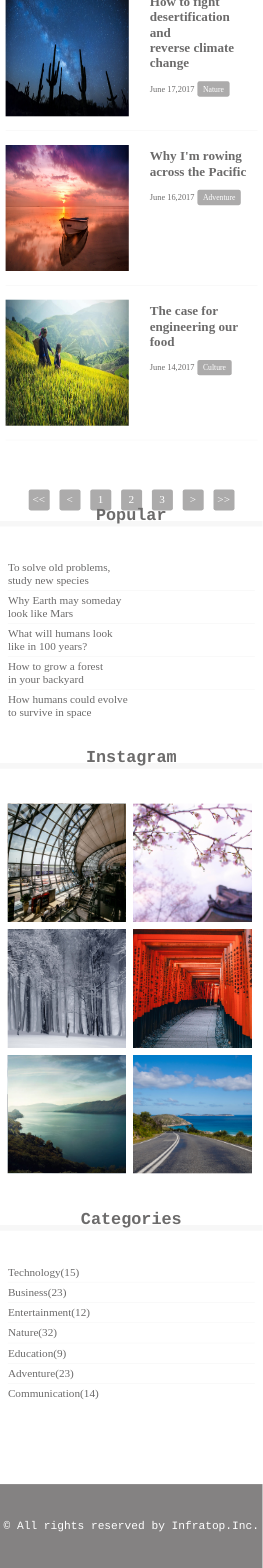
Repository: Kaori199701/-1
Page: caravan/index.html
The author's editor kept a record of every edit. The page is drawn from the files as they stood at one moment, then again after the next edit.
The browser window is 375 px wide. The pictures show the part of the page from y = 763 to 3003 px (the page is 3003 px tall), at 70% of full size.
Some web libraries are served in a nearby version.

Above is the page before.

### caravan/index.html
<!DOCTYPE html>
<html lang="ja">
  <head>
    <meta charset="UTF-8" />
    <meta name="viewport" content="width=device-width,initial-scale=1.0">
    <!-- FontAwesomeの読み込み -->
    <script src="https://kit.fontawesome.com/28849d95ea.js" crossorigin="anonymous"></script>

    <!-- CSSファイルの読み込み -->
    <link rel="stylesheet" href="style.css" />
    <title>CARAVAN</title>
  </head>

  <body>
     <!-- header -->
    <header>
      <hi class="heading">
        <a href="index.html">
          CARAVAN
        </a>
      </hi>

      <div class="social">
         <i class="fab fa-facebook-square"></i>
         <i class="fab fa-twitter-square"></i>
         <i class="fab fa-instagram"></i>
      </div>
    </header>

    <! --navigation-->
    <nav>
      <ul class="nav-list">
        <li class="nav-list-item">
          <a href="index.html">Home</a>
        </li>
        <li class="nav-list-item">About</li>
        <li class="nav-list-item">Topic</li>
      </ul>
    </nav>

     <!-- main-visual用のdiv -->
     <div class="main-visual">
       <div class="main-visual-content">
       <!-- pタグ（と文字）を追加 -->
        <p class="main-visual-text">
         The world is a book<br />
         and those who do not travel<br />
         read only one page.
        </p>
        <p class="main-visual-name">
         St. Augustine
        </p>
       </div>
     </div>

     <!-- main用のdiv -->
     <main>
       <!-- ブログ(左側) -->
       <section class="blog">
        <h2 class="blog-heading">Recent Blogs</h2>

        <div class="blog-box">

         <!-- 1コ目の記事-->
         <div class="blog-item">
           <img class="blog-image" src="img/forest.jpg">
           <section class="blog-text">
             <h3 class="blog-text-heading">
               <a href="single.html">
                Hopeful lessons from<br>
                the battle to save<br>
                rainforests
               </a>
             </h3>
             <p class="blog-date">June 19,2017</p>
             <span class="category">Nature</span>
           </section>
          </div>

         <!-- 2コ目の記事-->
          <div class="blog-item">
           <img class="blog-image" src="img/desert.jpg">
           <section class="blog-text">
             <h3 class="blog-text-heading">
               <a href="single.html">
                How to fight<br>
                desertification and<br>
                reverse climate change
               </a>
             </h3>
             <p class="blog-date">June 17,2017</p>
             <span class="category">Nature</span>
           </section>
          </div>

        <!-- 3コ目の記事-->
         <div class="blog-item">
           <img class="blog-image" src="img/sunset.jpg">
           <section class="blog-text">
             <h3 class="blog-text-heading">
               <a href="single.html">
                Why I'm rowing<br>
                across the Pacific
               </a>
             </h3>
             <p class="blog-date">June 16,2017</p>
             <span class="category">Adventure</span>
           </section>
         </div>

        <!-- 4コ目の記事-->
         <div class="blog-item">
           <img class="blog-image" src="img/asia.jpg">
           <section class="blog-text">
             <h3 class="blog-text-heading">
               <a href="single.html">
                 The case for<br>
                 engineering our food
               </a>
             </h3>
             <p class="blog-date">June 14,2017</p>
             <span class="category">Culture</span>
           </section>
          </div>
         </div>
         <div class="pagination">
            <p><<</p>
            <p><</p>
            <p>1</p>
            <p>2</p>
            <p>3</p>
            <p>></p>
            <p>>></p>
         </div>
       </section>

       <!-- サイドバー(右側) -->
       <div class="sidebar">
        <selection class="popular">
          <h2 class="popular-heading common-heading">Popular</h2>
           <div class="sidebar-contents">
             <p class="popular-text">To solve old problems,<br>study new species</p>
             <p class="popular-text">Why Earth may someday<br>look like Mars</p>
             <p class="popular-text">What will humans look<br>like in 100 years?</p>
             <p class="popular-text">How to grow a forest<br>in your backyard</p>
             <p class="popular-text">How humans could evolve<br>to survive in space</p>
           </div>
        </selection>

        <selection class="instagram">
          <h2 class="instagram-heading common-heading">Instagram</h2>
           <div class="sidebar-contents">
             <div class="instagram-box"></div>
             <div class="instagram-box"></div>
             <div class="instagram-box"></div>
             <div class="instagram-box"></div>
             <div class="instagram-box"></div>
             <div class="instagram-box"></div>
           </div>
        </selection>

        <section class="categories">
          <h2 class="categories-heading common-heading">Categories</h2>
           <div class="sidebar-contents">
             <p class="categories-text">Technology(15)</p>
             <p class="categories-text">Business(23)</p>
             <p class="categories-text">Entertainment(12)</p>
             <p class="categories-text">Nature(32)</p>
             <p class="categories-text">Education(9)</p>
             <p class="categories-text">Adventure(23)</p>
             <p class="categories-text">Communication(14)</p>
           </div>
        </selection>

       </div>
     </main>

     <!-- footer -->
     <footer>
       <p class="footer-text">© All rights reserved by Infratop.Inc.</p>
     </footer>
   </body>
</html>

### caravan/style.css
/* ブラウザがそれぞれ持っているCSSをリセットするための記述 */
* {
  margin: 0;
  padding: 0;
  box-sizing: border-box;
  color: #6c6b6b;
}

a {
  text-decoration: none;
}

header, nav, h2, .main-visual, footer {
  font-family: Chalkduster, "Bradley Hand", Courier, "Segoe Print", sans-serif;
}

header {
  width: 90%; /* 横幅90% */
  padding: 15px 0;
  margin: 0 auto;
  text-align: center;
  position: relative; /* #socialの基準位置を相対位置へ変更する */
}

.social {
  position: absolute; /* headerの左上を基準に絶対位置で指定する */
  top: 22px; /* headerの左上から22px下側へ移動する */
  right: 22px; /* headerの右上から22px左側へ移動する */
}

.social i {
  display: inline-block;
  margin-left: 20px;
}

header.heading {/* headerタグ内のheadingクラスにのみ反映される */
  font-size: 32px;
}

.nav-list {
  text-align: center;
  padding: 10px 0;
  margin: 0 auto;
}

.nav-list-item {
  list-style: none;
  display: inline-block;
  margin: 0 20px;
}


.main-visual {
  width: 100%; /* 横幅いっぱい */
  height: 300px; /* 高さ300px */
  background-image: url(img/mv.jpg);
  background-size: cover;/* 縦横比を維持したまま背景領域を埋め尽くす */
  background-position:center;/* 背景画像を中央に配置 */
}

.main-visual-content {
  width: 40%; /* 横幅40% */
  height: 300px; /* 親の高さに揃える */
  background-color: rgba(0,0,0,0.5);/* 背景色を半透明の黒にする */
  text-align: center; /* 文字を中央揃えにする */
  padding-top: 105px;/* 上側の内側余白で垂直方向の位置を調整(上105px空白にする) */
}

.main-visual-text {
  color: #fff; /* 文字色を白に変更 */
}

.main-visual-name {
  margin-top: 30px; /* 上側の外側の余白 */
  color: #fff; /* 文字色を白に変更 */
}


main {
  width: 800px; /* 横幅800px */
  display: flex; /* Flexboxの利用 */
  justify-content: center; /* 要素の横並び・中央寄せ */
  margin: 0 auto; /* 要素の中央揃え */
  padding: 70px 0; /* 上下に70px、左右に0pxの内側余白 */
}

.blog {
  width: 540px;
  margin-right: 30px;/* 領域の右側余白30px*/

}

.blog-heading {
  border-bottom: 8px solid #f7f7f7;
  text-align: center;
  line-height: 0.6;
}

.blog-box {
  padding-top: 50px;
}

.blog-item {
  padding-bottom: 20px;
  margin-bottom: 20px;
  border-bottom: 1px solid #f7f7f7;
  display: flex; /* Flexboxの利用 */
  justify-content: flex-start;
}

.blog-image{
  height: 180px;
}

.blog-text {
  padding: 25px 0 0 30px;
}

.blog-text-heading {
  padding-bottom: 15px;
}

.blog-date {
  font-size: 12px;
  display: inline-block;
}

.category {
  display: inline-block;
  padding: 5px 8px;
  background-color: #acabab;
  border-radius: 3px;
  color: #fff;
  font-size: 11px;
}

.pagination {
  text-align: center;
  padding-top: 50px;
}

.pagination p {
  display: inline-block;
  width: 30px;
  height: 30px;
  margin: 0 5px;
  color: #fff;
  background-color: #acabab;
  border-radius: 3px;
  line-height: 30px;
}


.sidebar {
  width: 230px;
}

.common-heading {
  border-bottom: 8px solid #f7f7f7;
  text-align: center;
  line-height: 0.6;
}

.sidebar-contents {
  padding: 50px 0;
}

.popular-text,
.categories-text {
  padding-bottom: 5px;
  border-bottom: 1px solid #f7f7f7;
  margin-bottom: 5px;
}

.popular-text:last-child,
.categories-text:last-child {
  margin: 0;
  padding: 0;
  border: none;
}

.instagram .sidebar-contents {
  display: flex;
  flex-wrap: wrap;
}

.instagram-box {
  width: 110px;
  padding-top: 110px;
  background-size: cover;
  background-position: center;
  margin-bottom: 10px;
}

.instagram-box:nth-child(odd) {
  margin: 0 10px 10px 0;
}

.instagram-box:nth-child(1) {
  background-image: url(img/airport.jpg);
}

.instagram-box:nth-child(2) {
  background-image: url(img/japan.jpg);
}

.instagram-box:nth-child(3) {
  background-image: url(img/snow.jpg);
}

.instagram-box:nth-child(4) {
  background-image: url(img/japan2.jpg);
}

.instagram-box:nth-child(5) {
  background-image: url(img/lake.jpg);
}

.instagram-box:nth-child(6) {
  background-image: url(img/road.jpg);
}



footer {
  width: 100%; /* 横幅いっぱい */
  height: 120px; /* 高さ120px */
  text-align: center;
  line-height: 120px;
  background-color: #848282;
}

.footer-text {
  color: #fff;
}


@media screen and (max-width: 425px) {
  header {
    width: 100%;
  }

  .nav-list {
    width: 100%;
  }

  .av-list-item {
    width: 100%;
    margin: 0 0 10px 0;
  }

 .social {
    display: none;
  }

  .main-visual-content {
    width: 100%;
  }

  main {
    width: 100%;
    display: block;
  }

  .blog {
    width: 100%;
    margin: 0;
  }

.blog-box {
  padding-left: 2%;
  padding-right: 2%;
}

.blog-image{
  width: 49%;
}

.blog-text {
  width: 49%;
  padding-top: 5px;
}


.pagination {
  text-align: center;
  padding-top: 50px;
}

.sidebar {
  width: 100%;
}

.sidebar-contents {
  padding-left: 3%;
  padding-right: 3%;
}

.instagram-box {
  width: 48%;
  padding-top: 48%;
}

.instagram-box:nth-child(odd) {
  margin: 0 10px 10px 0;
}

.instagram-box:nth-child(1) {
  background-image: url(img/airport.jpg);
}

.instagram-box:nth-child(2) {
  background-image: url(img/japan.jpg);
}

.instagram-box:nth-child(3) {
  background-image: url(img/snow.jpg);
}

.instagram-box:nth-child(4) {
  background-image: url(img/japan2.jpg);
}

.instagram-box:nth-child(5) {
  background-image: url(img/lake.jpg);
}

.instagram-box:nth-child(6) {
  background-image: url(img/road.jpg);
}



footer {
  width: 100%; /* 横幅いっぱい */
  height: 120px; /* 高さ120px */
  text-align: center;
  line-height: 120px;
  background-color: #848282;
}

.footer-text {
  color: #fff;
}


}

After the next edit:
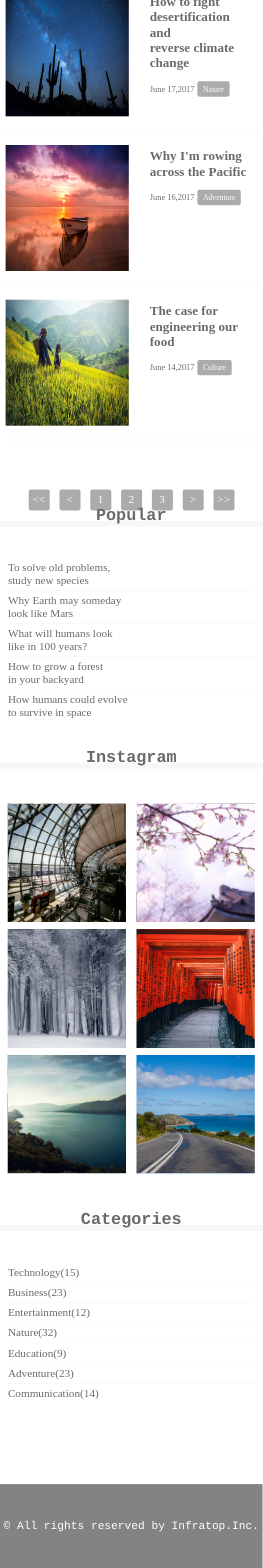
The edit:
--- a/caravan/style.css
+++ b/caravan/style.css
@@ -302,34 +302,8 @@
 }
 
 .instagram-box:nth-child(odd) {
-  margin: 0 10px 10px 0;
-}
-
-.instagram-box:nth-child(1) {
-  background-image: url(img/airport.jpg);
-}
-
-.instagram-box:nth-child(2) {
-  background-image: url(img/japan.jpg);
-}
-
-.instagram-box:nth-child(3) {
-  background-image: url(img/snow.jpg);
-}
-
-.instagram-box:nth-child(4) {
-  background-image: url(img/japan2.jpg);
-}
-
-.instagram-box:nth-child(5) {
-  background-image: url(img/lake.jpg);
-}
-
-.instagram-box:nth-child(6) {
-  background-image: url(img/road.jpg);
-}
-
-
+  margin-right: 4%;
+}
 
 footer {
   width: 100%; /* 横幅いっぱい */
